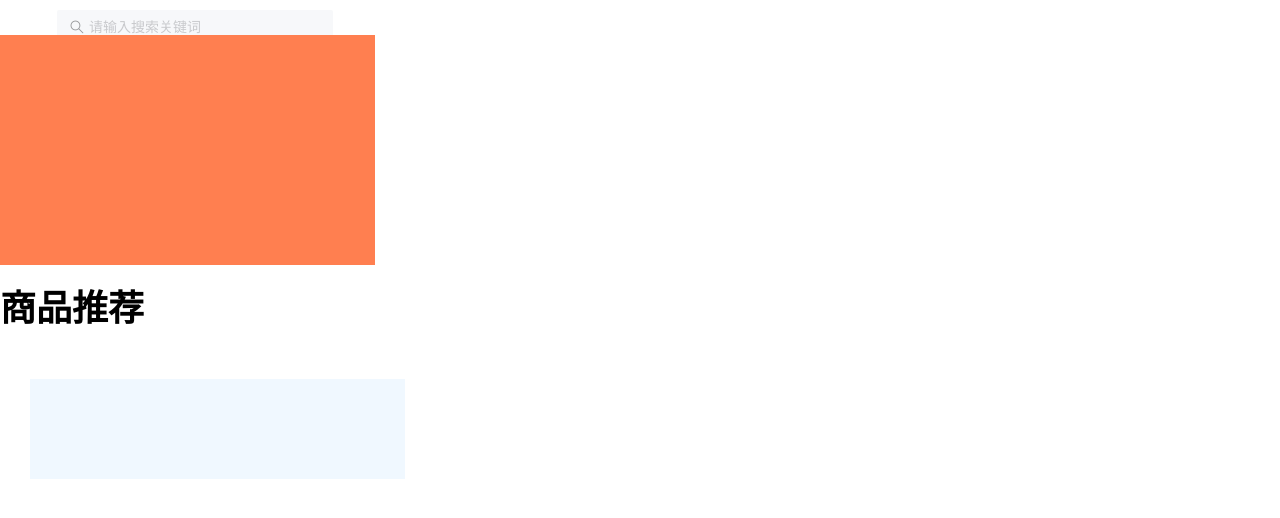
Repository: liyang777777/shangcheng
Page: /
The author's editor kept a copy of each file at every save. The page is drawn from the files as they stood at one save, then again after the next save.
The browser window is 1280 px wide. The pictures show the whole page.
The page's requests for data from a server got no answer. The project was rebuilt for these pictures with package versions that can differ from the ones it lists, and the page was loaded fresh each time. No one was signed in, and anything a server would have sent is missing. Also part of the build but not shown: vue.config.js. Imported but missing from the stored project, and not drawn on this page: src/views/About.

Above is the page before, as saved 2020-06-23 14:43:51.

After the next save:
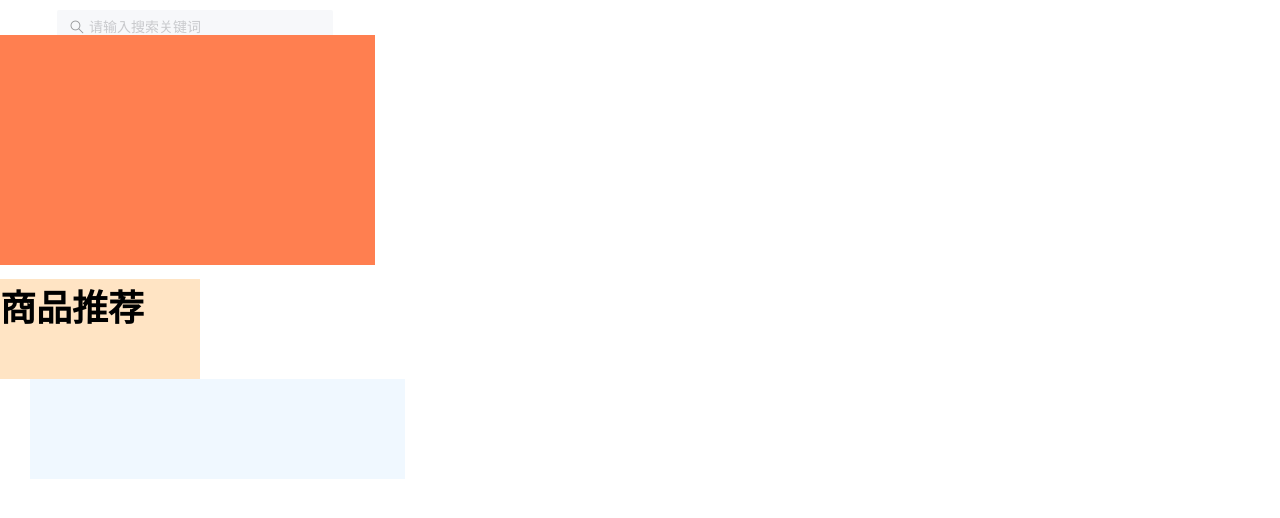
Saved 59 s later.
--- a/src/components/Prre.vue
+++ b/src/components/Prre.vue
@@ -45,6 +45,7 @@
   width: 200px;
   height: 100px;
   font-size: 18px;
+  background: bisque;
 }
 .box1 {
   width: 375px;

After the save that followed:
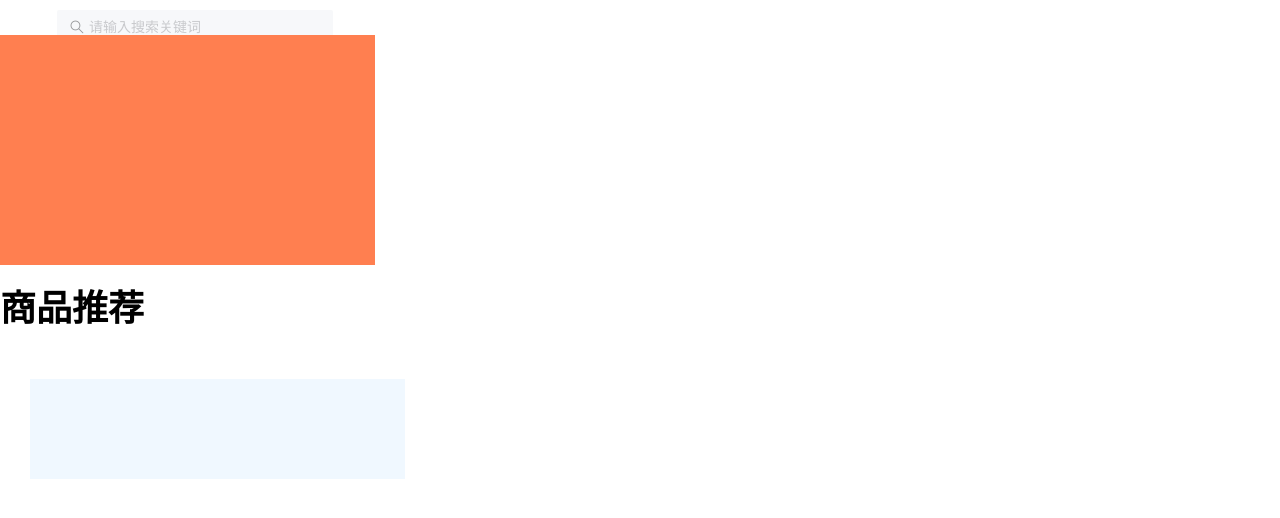
Saved 19 s later.
--- a/src/components/Prre.vue
+++ b/src/components/Prre.vue
@@ -45,7 +45,7 @@
   width: 200px;
   height: 100px;
   font-size: 18px;
-  background: bisque;
+
 }
 .box1 {
   width: 375px;
